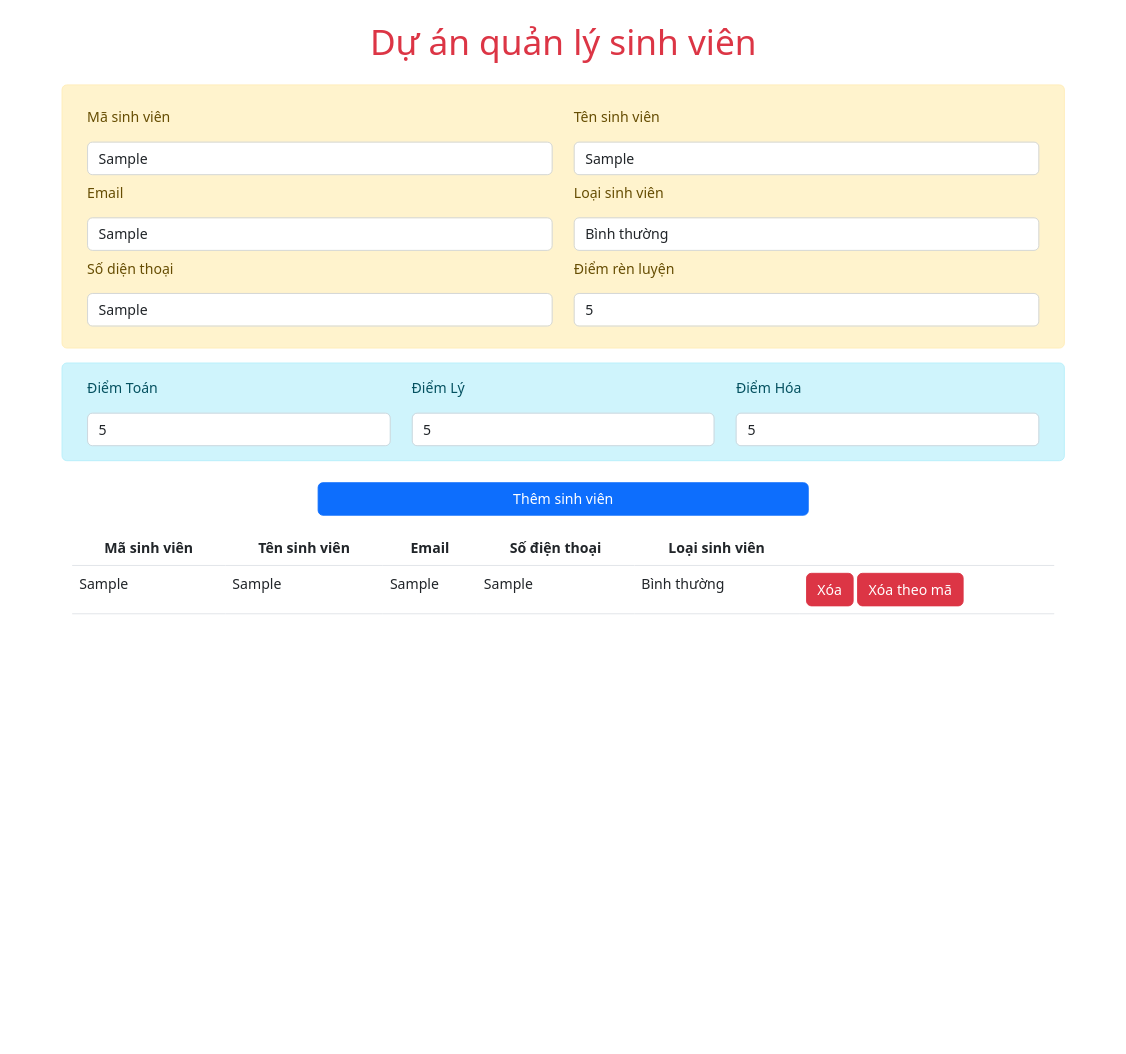
Repository: hcozyph/Cybersoft_JS_OOP
Page: index.html
An editor plug-in stored every save of this project. The page is shown before and after the next save, followed by the edit.
The browser window is 1280 px wide. The pictures show the whole page, at 88% of full size.
Empty fields were first filled with sample values (such as "Sample", 5 or name@example.com).
After loading, the first visible `#btnThemSinhVien` was clicked once.

Above is the page before, as saved 2023-03-01 19:28:30.

After the next save:
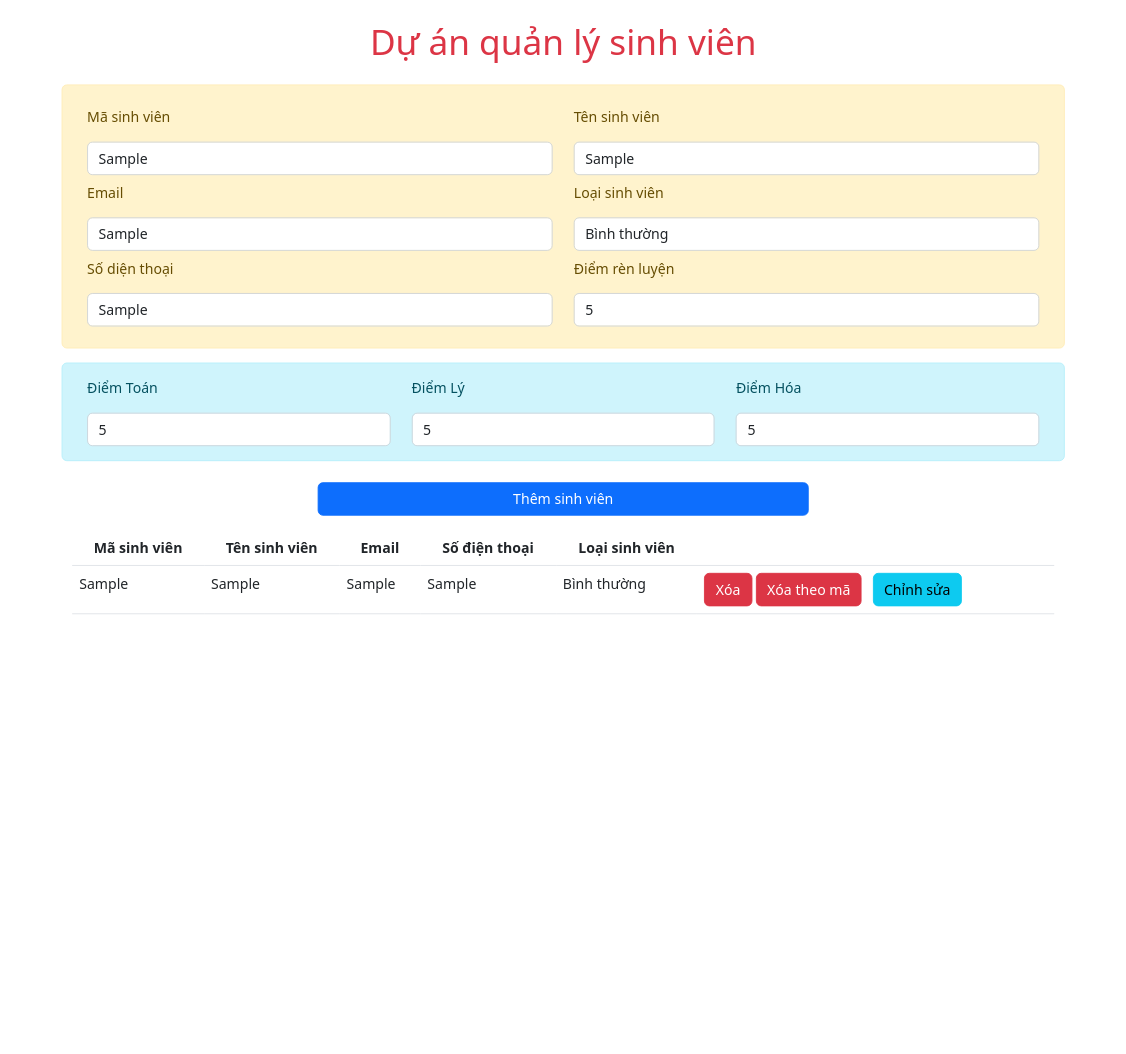
Saved 10 min 27 s later.
--- a/controllers/js/index.js
+++ b/controllers/js/index.js
@@ -130,6 +130,7 @@ function renderTableSinhVien(arrSinhVien) {
                 <td>
                 <button class="btn btn-danger" onclick="xoaSinhVien('${index}')">Xóa</button>
                 <button class="btn btn-danger" onclick="xoaSinhVienTheoMa('${sv.maSinhVien}')">Xóa theo mã</button>
+                <button class="btn btn-info mx-2">Chỉnh sửa</button>
                 </td>
             </tr>
         `
